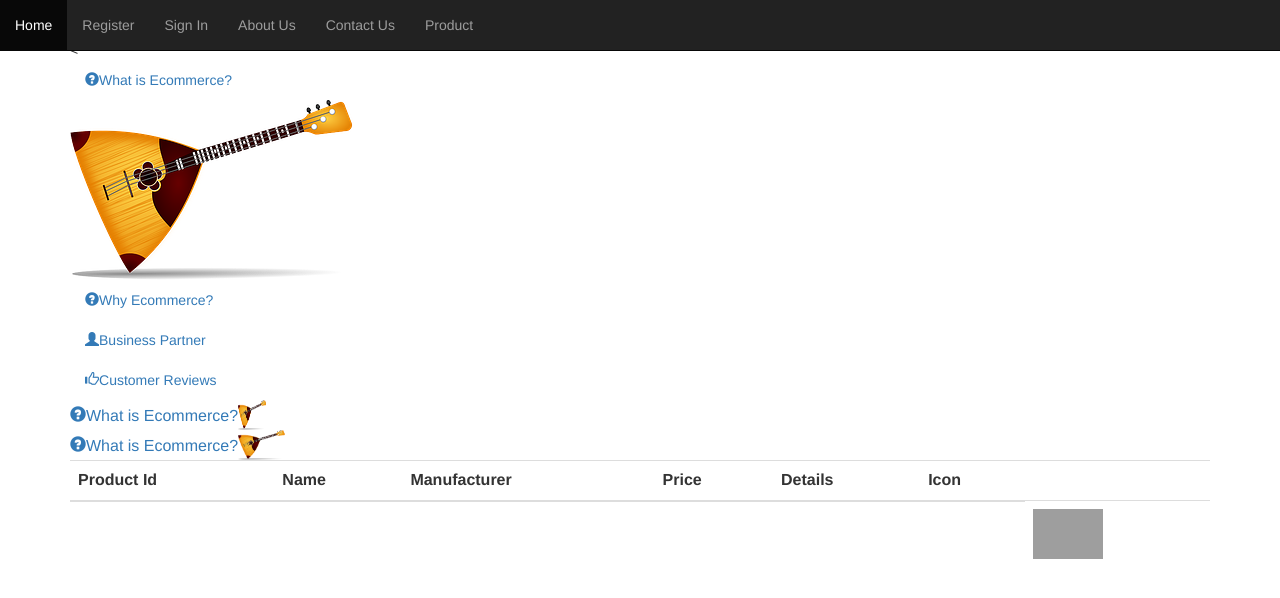
Repository: aradhana15/myFinalRepository
Page: http://localhost/music/WEB-INF/views/productDesc.jsp
These files come from the project's save history. The page is drawn as it stood at one moment and after the next save; the edit follows.
The browser window is 1280 px wide. The pictures show the whole page.
The page is served by Tomcat 9. Nobody is signed in. Other server files are loaded and not shown. The template is opened directly, without the code that normally fills it, so the values that code supplies are empty.

Above is the page before, as saved 2016-04-23 12:49:00.
Console error (its wording comes from the project's code and is left out).

### wwf/music/src/main/webapp/WEB-INF/views/productDesc.jsp
<%@include file="header.jsp"%>
<html>
	<body>
		<div class="container">
  <!-- <h2>Product Details</h2>
  <p>Here are the new products available in this site...</p>      -->
  <div class="table-responsive">
  <table class="table table-hover">
    <thead>
      <tr>
        <th>Product Id</th>
        <th>Name</th>
        <th>Manufacturer</th>
        <th>Price</th>
        <th>Details</th>
        <th>Icon</th>
      </tr>
    </thead>
    <tbody>
	      <tr>
        <td>${data.id}</td>
        <td>${data.name}</td>
        <td>${data.manufacturer}</td>
        <td>${data.price}</td>
        <td>${data.desc}</td>
        <td>${data.image}</td>
        <td><img src="<c:url value='${data.image}'/>" height="50px" width="70px"/></td>
      </tr>
      </tbody>
  </table>
  </div>
</div>



	</body>
</html>

### wwf/music/src/main/webapp/WEB-INF/views/header.jsp

<meta name="viewport" content="width=device-width, initial-scale=1">
<link rel="stylesheet"
	href="http://maxcdn.bootstrapcdn.com/bootstrap/3.3.6/css/bootstrap.min.css">
<script
	src="http://maxcdn.bootstrapcdn.com/bootstrap/3.3.6/js/bootstrap.min.js"></script>
<%@taglib prefix="spr" uri="http://www.springframework.org/tags"%>
<%@taglib prefix="c" uri="http://java.sun.com/jsp/jstl/core"%>


<div class="container">
	<div class="navbar navbar-inverse navbar-fixed-top" role="navigation">


		<div class="nav navbar-nav">
			<li class="active"><a href="house">Home</a></li>
			<li><a href="register">Register</a></li>
			<!-- if u by deflt make anything acive -->
			<li><a href="sign">Sign In</a></li>
			<li><a href="aboutus">About Us</a></li>
			<li><a href="contactus">Contact Us</a></li>
			<li><a href="product">Product</a></li>


		</div>
	</div>
	<!-- <div class="nav navbar-nav"> -->
	<br>
	<br>
	<div class="nav nav-tabs">
		<button type="button" class="navbar-toggle" data-toggle="collapse"
			data-target=".navbar-collapse">
			<span class="sr-only">Toggle navigation</span> <span class="icon-bar"></span>
			<span class="icon-bar"></span> <span class="icon-bar"></span>
		</button>
		< <ul class="nav">
			<li class="active"><a href="whatecomm"> <i
					class="glyphicon glyphicon-question-sign"></i>What is Ecommerce?</a> <img src="<c:url value='/resources/images/guitar.jpg'/>"></li>
			<li><a href="yecomm"> <i
					class="glyphicon glyphicon-question-sign"></i>Why Ecommerce?</a></li>
			<li><a href="businessparter"> <i
					class="glyphicon glyphicon-user"></i>Business Partner</a></li>
			<li><a href="custreview"> <i
					class="glyphicon glyphicon-thumbs-up"></i>Customer Reviews</a></li>
		</ul>
		<table>
			<tr><td><a href="whatecomm"> <i
					class="glyphicon glyphicon-question-sign"></i>What is Ecommerce?</a> </td>
					<td><img src="<c:url value='/resources/images/guitar.jpg'/>" height="30px" width="30px"></td></tr>
					<tr><td><a href="whatecomm"> <i
					class="glyphicon glyphicon-question-sign"></i>What is Ecommerce?</a> </td>
					<td align=right><img src="<c:url value='/resources/images/guitar.jpg'/>" height="30px" width="50px"></td></tr>

		</table>


	</div>

</div>

After the next save:
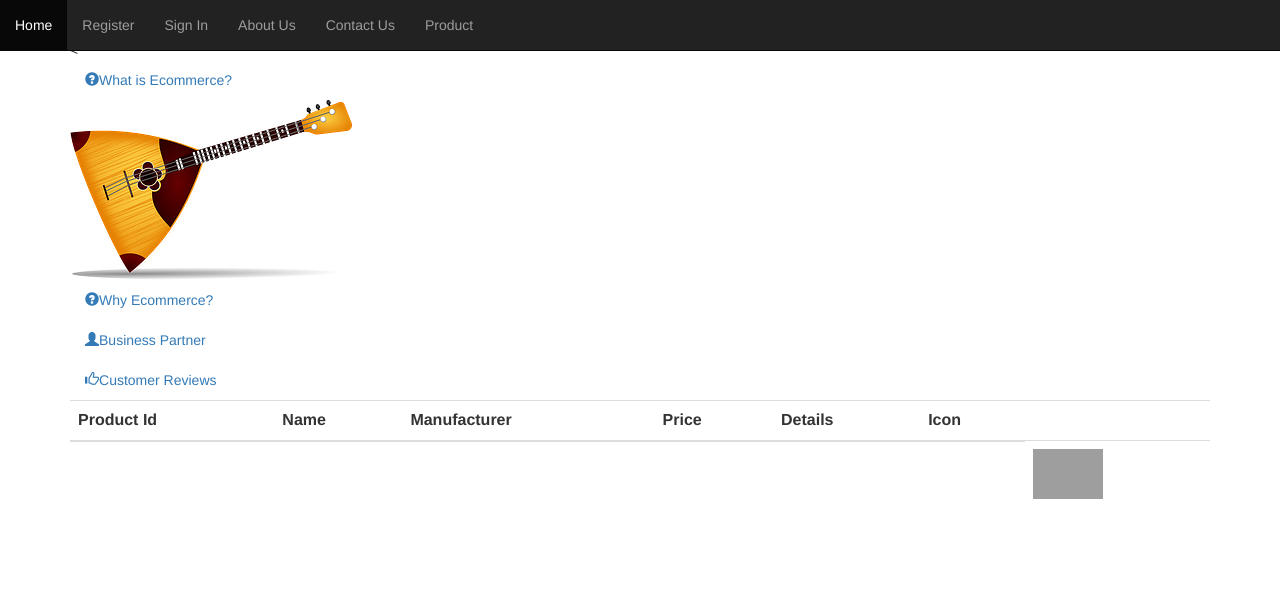
Saved 7 s later.
--- a/wwf/music/src/main/webapp/WEB-INF/views/header.jsp
+++ b/wwf/music/src/main/webapp/WEB-INF/views/header.jsp
@@ -43,15 +43,7 @@
 			<li><a href="custreview"> <i
 					class="glyphicon glyphicon-thumbs-up"></i>Customer Reviews</a></li>
 		</ul>
-		<table>
-			<tr><td><a href="whatecomm"> <i
-					class="glyphicon glyphicon-question-sign"></i>What is Ecommerce?</a> </td>
-					<td><img src="<c:url value='/resources/images/guitar.jpg'/>" height="30px" width="30px"></td></tr>
-					<tr><td><a href="whatecomm"> <i
-					class="glyphicon glyphicon-question-sign"></i>What is Ecommerce?</a> </td>
-					<td align=right><img src="<c:url value='/resources/images/guitar.jpg'/>" height="30px" width="50px"></td></tr>
 
-		</table>
 
 
 	</div>
